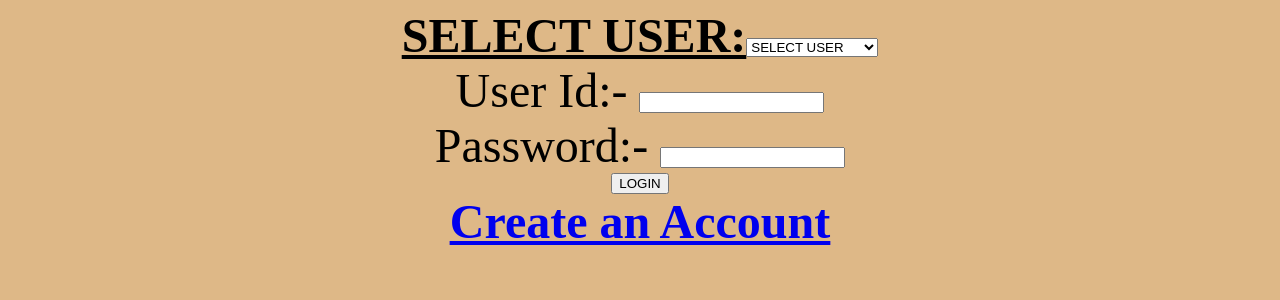
Repository: subhamsourabh265/LibManagementSystemJ2EE-
Page: library/WebContent/mylogin.html
An editor plug-in stored every save of this project. The page is shown before and after the next save, followed by the edit.
The browser window is 1280 px wide. The pictures show the whole page.

Above is the page before, as saved 2015-07-06 19:56:17.

After the next save:
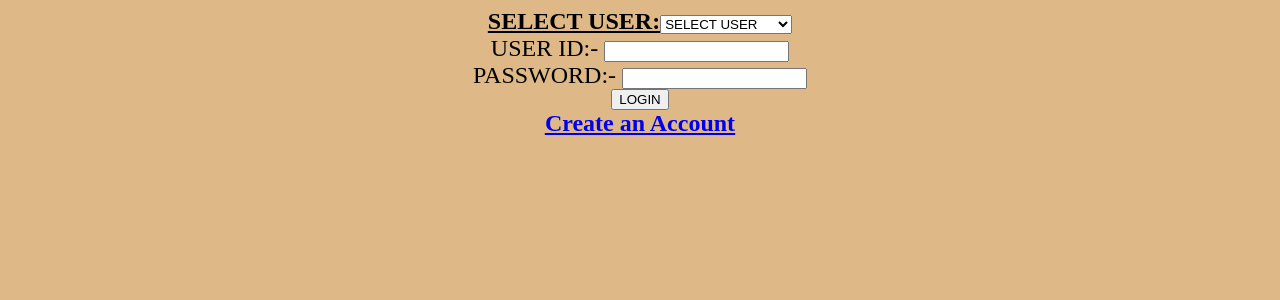
Saved 113 s later.
--- a/library/WebContent/mylogin.html
+++ b/library/WebContent/mylogin.html
@@ -10,14 +10,14 @@
 <body bgcolor= burlywood >
 <form action="login" method="post">
 <center>
-<font size = 7 color = black>
+<font size = 5 color = black>
 <b><u>SELECT USER:</u></b><select name="user">
 <option selected>SELECT USER</option>
 <option value="admin">ADMINISTRATOR</option>
 <option value="member">MEMBER</option></select><br>
-User Id:- <input type="text" name="n1"><br>
-Password:- <input type="password" name="n2"><br>
-                 <input type="submit" value="LOGIN"><br>
+USER ID:- <input type="text" name="n1"><br>
+PASSWORD:- <input type="password" name="n2"><br>
+    <input type="submit" value="LOGIN"><br>
 
     <a href="registration.html"><b><u>Create an Account</u></b></a>
 
